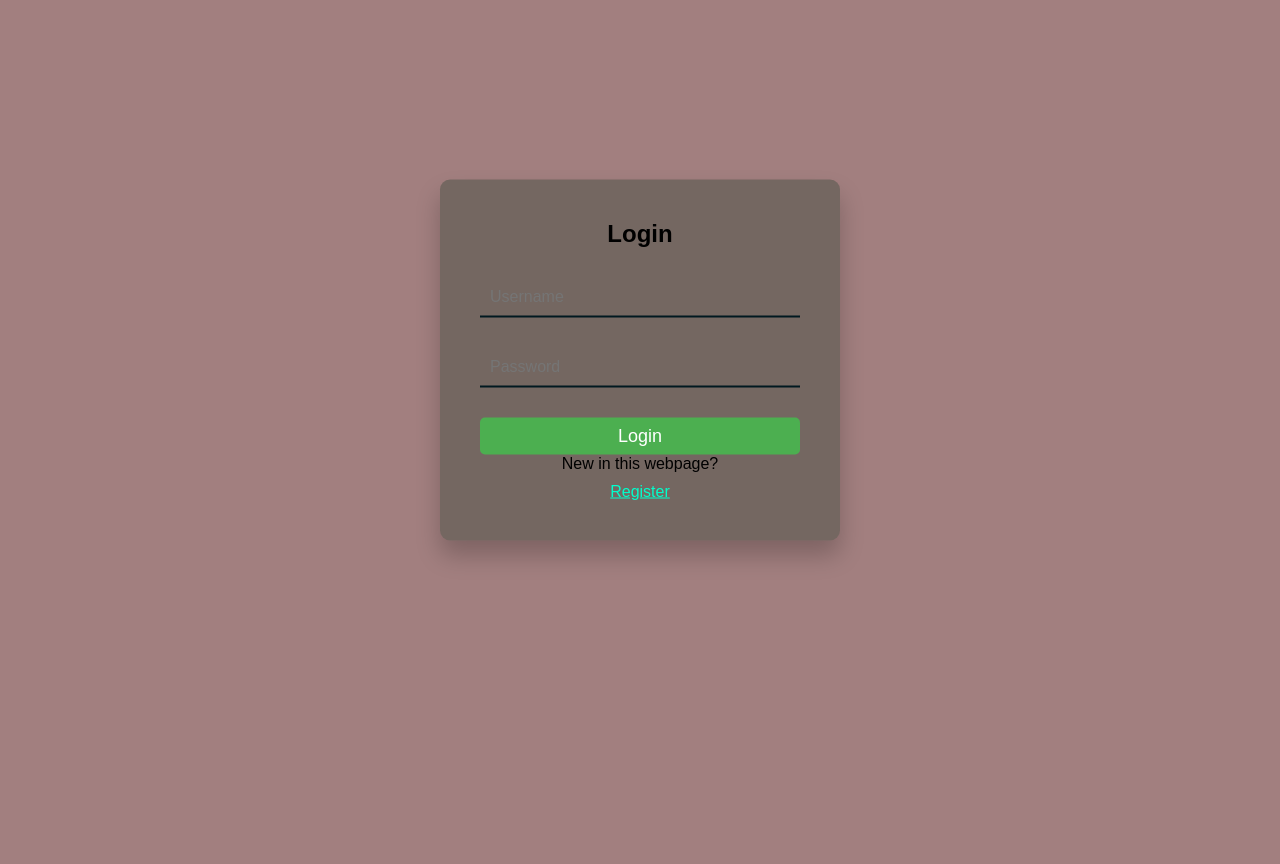
Repository: SRBshakib/Safe-Food---DBMS-project
Page: Organaization/login.html
These files come from the project's save history. The page is drawn as it stood at one moment and after the next save; the edit follows.
The browser window is 1280 px wide. The pictures show the whole page.

Above is the page before, as saved 2024-11-10 22:08:07.

### Organaization/login.html
<!DOCTYPE html>
<html lang="en">
<head>
    <meta charset="UTF-8">
    <meta name="viewport" content="width=device-width, initial-scale=1.0">
    <title>Welcome to our organization</title>
    <link rel="stylesheet" href="style_login.css"> <!-- Link to the CSS file -->
</head>
<body>
    <div class="login-box">
        <h2>Login</h2>
        <form>
            <div class="textbox">
                <input type="text" placeholder="Username" required>
            </div>
            <div class="textbox">
                <input type="password" placeholder="Password" required>
            </div>
            <button type="submit" class="btn">Login</button>
            <p>New in this webpage?</p>
            <p class="register">Register</p>
        </form>
    </div>
</body>
</html>

### Organaization/style_login.css

*{

    margin: 0;
    padding: 0;
    box-sizing: border-box;
    font-family: Arial, sans-serif;
}

body {
    display: flex;
    justify-content: center;
    align-items: center;
    height: 120vh;
    background-color: #46000080;
    color: rgb(0, 0, 0);
}

.login-box {
    position: absolute;
    top: 50%;
    left: 50%;
    width: 400px;
    padding: 40px;
    transform: translate(-50%, -50%);
    background: rgba(0, 44, 22, 0.281);
    box-shadow: 0 15px 25px rgba(0, 0, 0, 0.219);
    border-radius: 10px;
    text-align: center;
}

.login-box h2 {
    margin-bottom: 30px;
}

.textbox {
    position: relative;
    margin-bottom: 30px;
    border-bottom: 2px solid #001920;
}

.textbox input {
    width: 100%;
    padding: 10px;
    font-size: 16px;
    background: none;
    border: none;
    outline: none;
    color: #ffffff;
}

.btn {
    display: inline-block;
    width: 100%;
    padding: 8px;
    background: #4caf50;
    border: none;
    outline: none;
    color: #fff;
    font-size: 18px;
    cursor: pointer;
    border-radius: 5px;
    transition: background 0.3s, box-shadow 0.3s;
}

.btn:hover {
    background: #00eeff;
    box-shadow: 0 0 10px #00b7ff, 0 0 20px #008cff, 0 0 30px #00ffcc;
}

.register {
    color: #00ffcc;
    cursor: pointer;
    margin-top: 10px;
    text-decoration: underline;
}

After the next save:
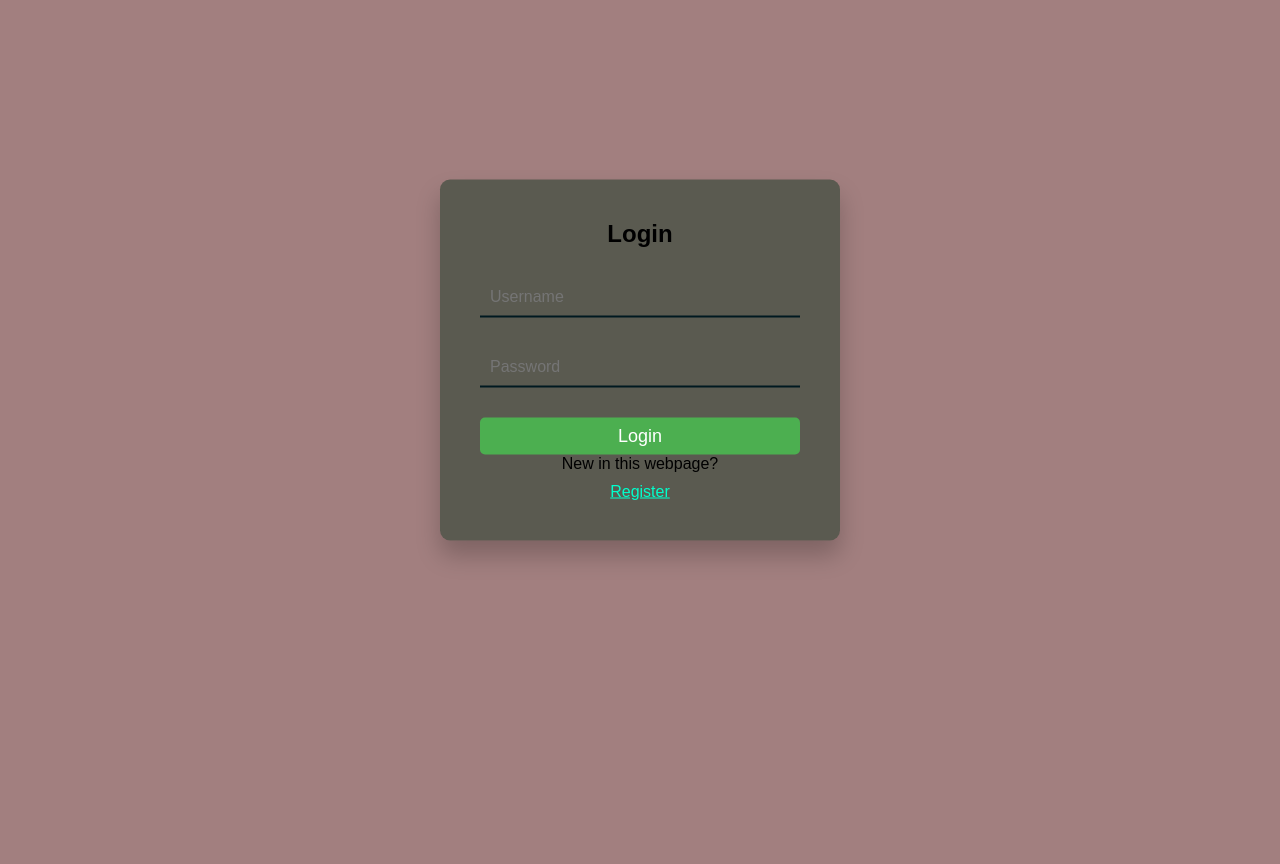
Saved 10 s later.
--- a/Organaization/style_login.css
+++ b/Organaization/style_login.css
@@ -23,7 +23,7 @@ body {
     width: 400px;
     padding: 40px;
     transform: translate(-50%, -50%);
-    background: rgba(0, 44, 22, 0.281);
+    background: rgba(0, 44, 22, 0.445);
     box-shadow: 0 15px 25px rgba(0, 0, 0, 0.219);
     border-radius: 10px;
     text-align: center;
